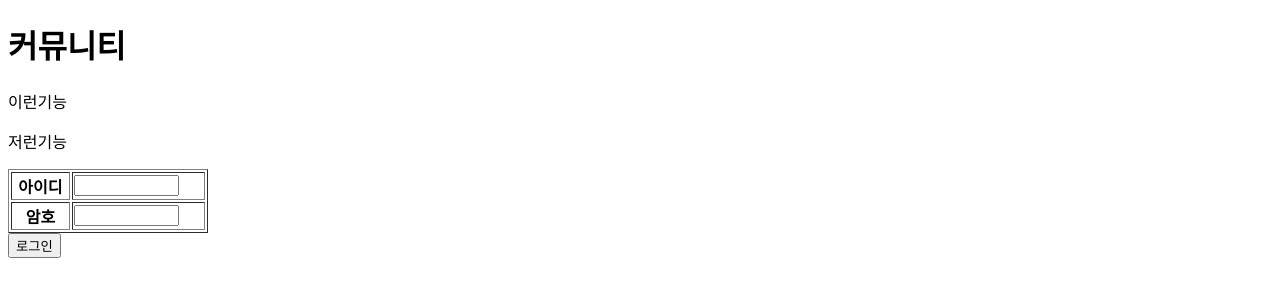
Repository: sungken/JSP
Page: http://localhost/JSPTest/login.jsp
The author's editor kept a copy of each file at every save. The page is drawn from the files as they stood at one save, then again after the next save.
The browser window is 1280 px wide. The pictures show the whole page.
The page is served by Tomcat 9.

Above is the page before, as saved 2024-04-01 06:18:21.

### JSPTest/src/main/webapp/login.jsp
<%@ page language="java" contentType="text/html; charset=UTF-8"
    pageEncoding="UTF-8"%>
<!DOCTYPE html>
<html>
<head>
<meta charset="UTF-8">
<title>Insert title here</title>
</head>
<body>
<!-- login.jsp -->
	<table border width="200">

	<h1>커뮤니티</h1>

	<p>이런기능</p>
	<p>저런기능</p>
		<tr>
			<th>아이디</th>
			<td><input type="text" size="10"></td>
		</tr>
		<tr>
			<th>암호</th>
			<td><input type="password" size="10"></td>
		</tr>
	</table>
	<div>
		<input type="button" value="로그인">
	</div>

</body>
</html>

After the next save:
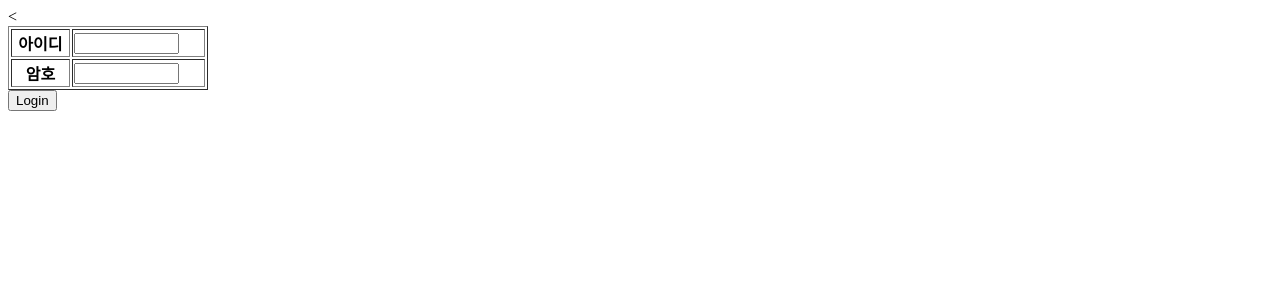
Saved 8 min 11 s later.
--- a/JSPTest/src/main/webapp/login.jsp
+++ b/JSPTest/src/main/webapp/login.jsp
@@ -8,24 +8,19 @@
 </head>
 <body>
 <!-- login.jsp -->
-	<table border width="200">
-
-	<h1>커뮤니티</h1>
-
-	<p>이런기능</p>
-	<p>저런기능</p>
-		<tr>
-			<th>아이디</th>
-			<td><input type="text" size="10"></td>
-		</tr>
-		<tr>
-			<th>암호</th>
-			<td><input type="password" size="10"></td>
-		</tr>
-	</table>
-	<div>
-		<input type="button" value="로그인">
-	</div>
+	<<table border width="200">
+	<tr>
+		<th>아이디</th>
+		<td><input type="text" size="10"></td>
+	</tr>
+	<tr>
+		<th>암호</th>
+		<td><input type="password" size="10"></td>
+	</tr>
+</table>
+<div>
+	<input type="button" value="Login">
+</div>
 
 </body>
 </html>
